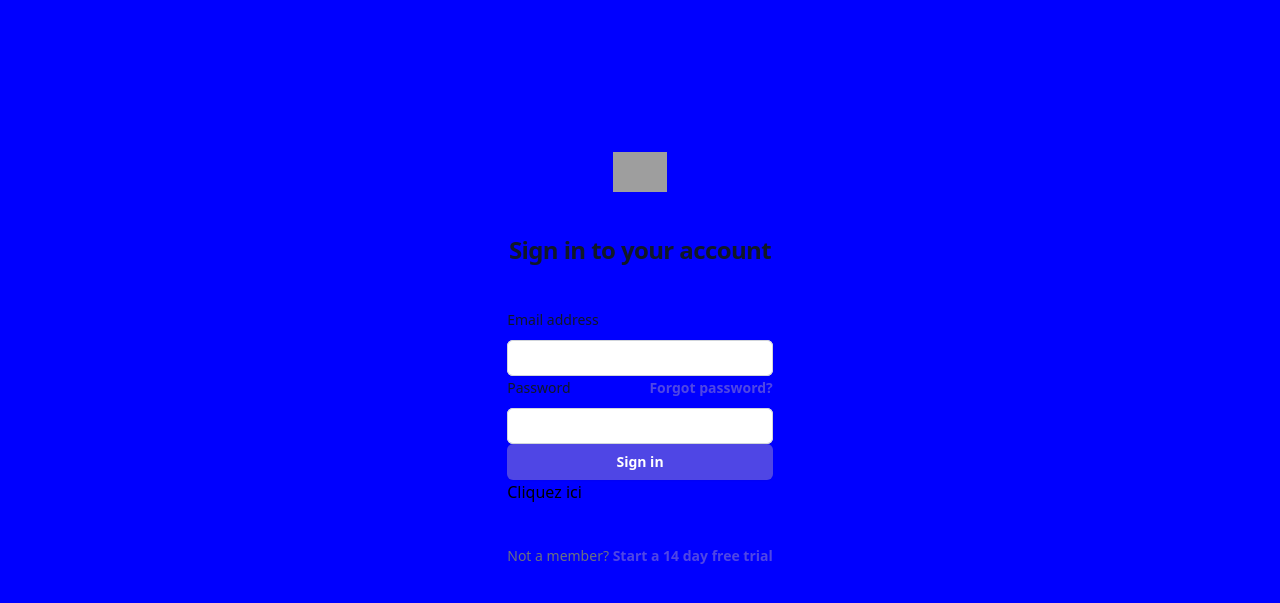
Repository: boschierob/interventio-app
Page: http://localhost/login
An editor plug-in stored every save of this project. The page is shown before and after the next save, followed by the edit.
The browser window is 1280 px wide. The pictures show the whole page.
Pictures or frames that could not be fetched are drawn as grey boxes. The page is served by the project's Node server (server.js).

Above is the page before, as saved 2023-11-14 16:14:38.

After the next save:
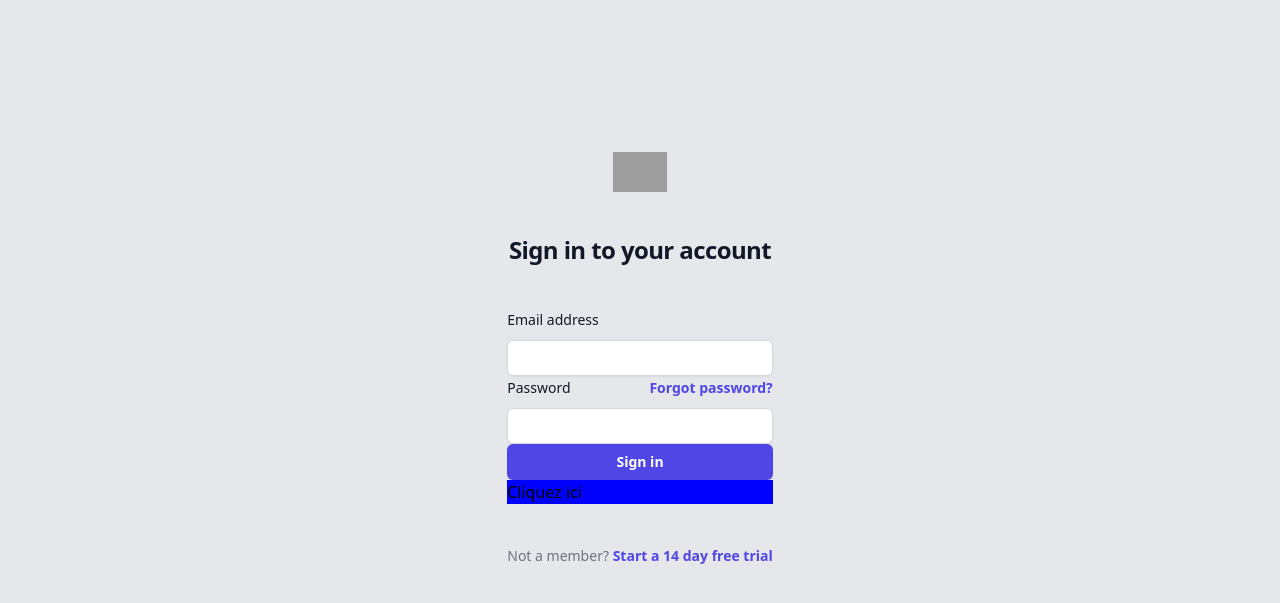
Saved 35 s later.
--- a/views/login.ejs
+++ b/views/login.ejs
@@ -69,7 +69,7 @@
 
   <!-- Inclure la couleur dynamique -->
   <script>
-      document.body.style.backgroundColor = "<%= color %>";
+      document.querySelector(".click").style.backgroundColor = "<%= color %>";
   </script>
 
 
